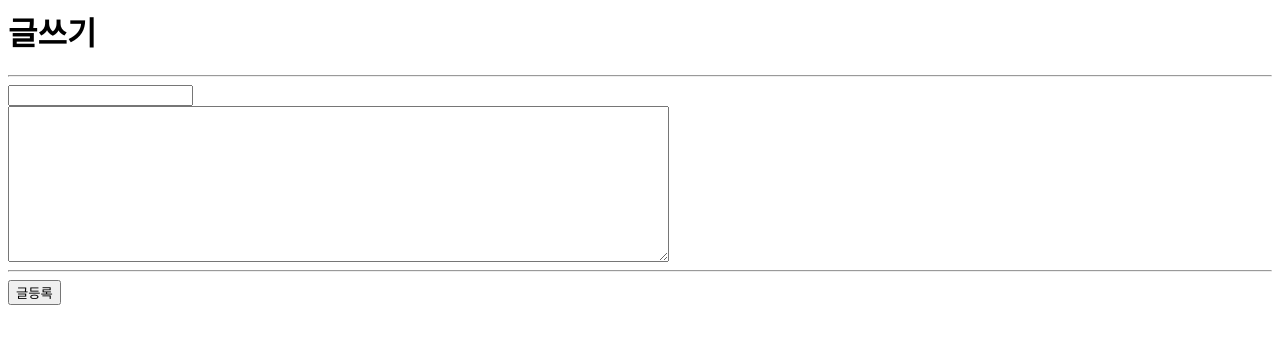
Repository: wkdtkgkek16/web01
Page: http://localhost/ex01/update.jsp
These files come from the project's save history. The page is drawn as it stood at one moment and after the next save; the edit follows.
The browser window is 1280 px wide. The pictures show the whole page.
The page is served by Tomcat 9. Other server files are loaded and not shown.

Above is the page before, as saved 2023-03-27 05:04:28.

### ex01/WebContent/update.jsp
<%@ page language="java" contentType="text/html; charset=UTF-8"
    pageEncoding="UTF-8"%>
<h1>글쓰기</h1>
<form>
	<hr/>
	<input type="text" name="title"/>
	<br/>
	<textarea rows="10" cols="80"></textarea>
	<hr/>
	<button>글등록</button>
</form>

After the next save:
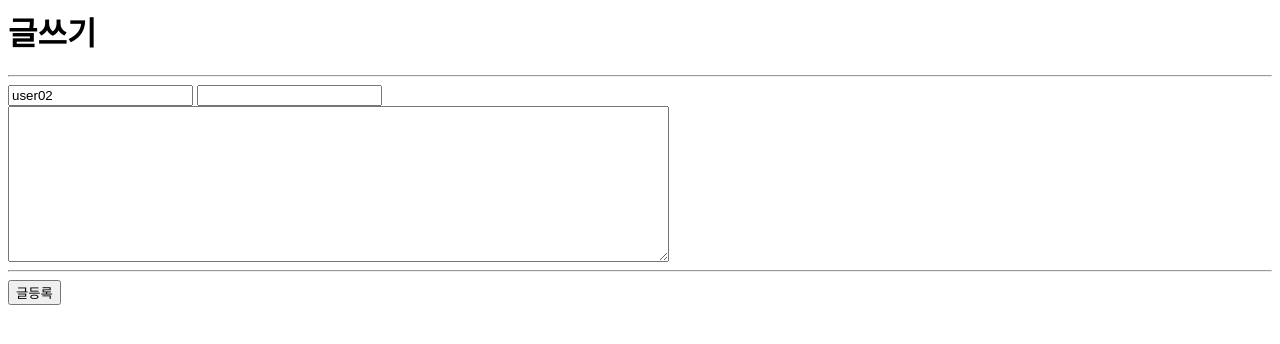
Saved 104 s later.
--- a/ex01/WebContent/update.jsp
+++ b/ex01/WebContent/update.jsp
@@ -3,9 +3,10 @@
 <h1>글쓰기</h1>
 <form>
 	<hr/>
+	<input type="text" value="user02" name="writer">
 	<input type="text" name="title"/>
 	<br/>
-	<textarea rows="10" cols="80"></textarea>
+	<textarea rows="10" cols="80" name="body"></textarea>
 	<hr/>
-	<button>글등록</button>
+	<button type="submit">글등록</button>
 </form>
